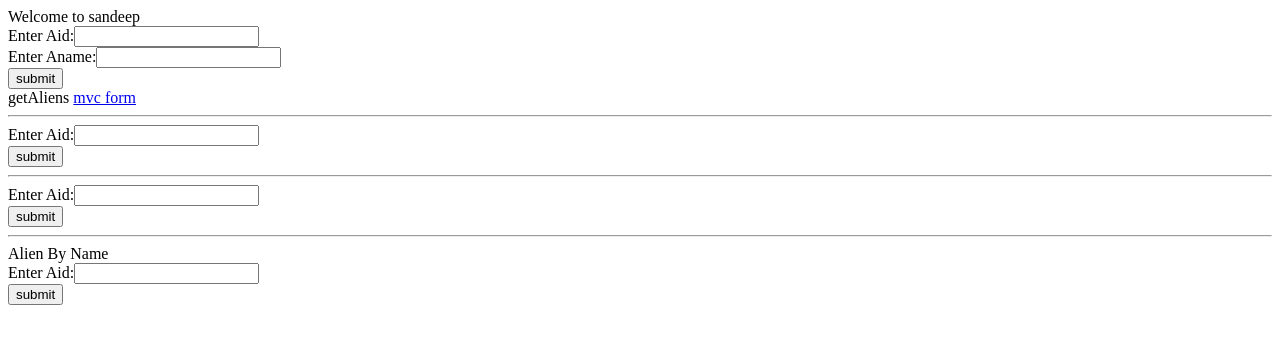
Repository: neelasandeep/sprinboot-projects
Page: http://localhost/SpringMvc/view/index.jsp
The author's editor kept a copy of each file at every save. The page is drawn from the files as they stood at one save, then again after the next save.
The browser window is 1280 px wide. The pictures show the whole page.
The page is served by Tomcat 9.

Above is the page before, as saved 2020-04-04 18:39:30.

After the next save:
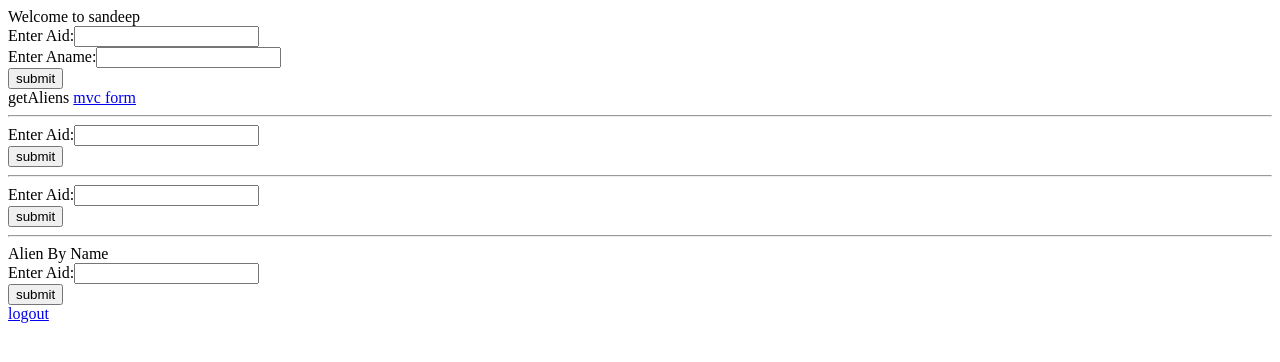
Saved 90 s later.
--- a/SpringMvc/src/main/webapp/view/index.jsp
+++ b/SpringMvc/src/main/webapp/view/index.jsp
@@ -42,6 +42,8 @@ Alien By Name
 Enter Aid:<input type="text" name="aname"><br>
 
 <input type="submit" value="submit">
+<br>
+<a href="logout">logout</a>
 
 
 
